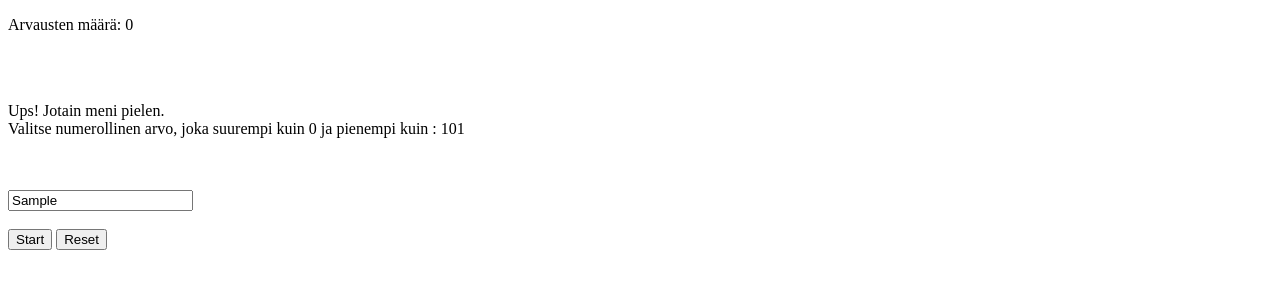
Repository: VadimZubchenko/numeronarvouspeli_JS
Page: public/index.html
An editor plug-in stored every save of this project. The page is shown before and after the next save, followed by the edit.
The browser window is 1280 px wide. The pictures show the whole page.
Empty fields were first filled with sample values (such as "Sample", 5 or name@example.com).
After loading, the first visible `#startGame` was clicked once.

Above is the page before, as saved 2022-04-25 22:22:07.

After the next save:
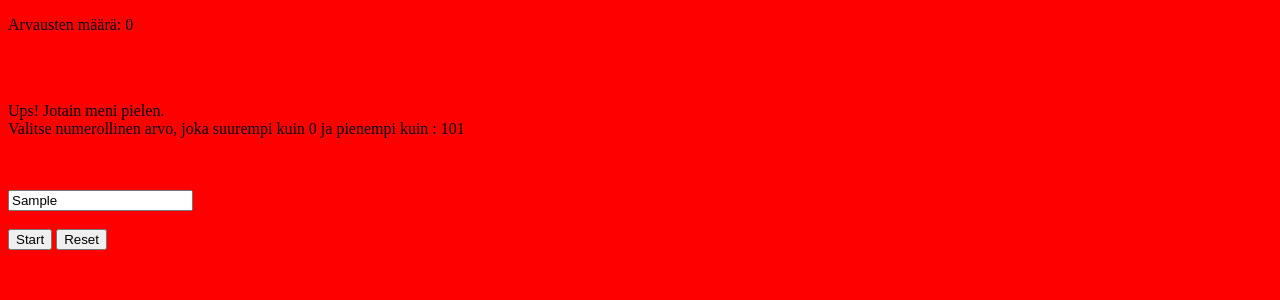
Saved 66 s later.
--- a/public/script.js
+++ b/public/script.js
@@ -22,19 +22,21 @@ function startGame() {
       document.getElementById("message").innerHTML =
         "Valitse luku suurempi kuin: " + clientArvo + ". <br>Yritä uudelleen!";
       kpl++;
+      document.body.style.backgroundColor = "grey";
     }
     if (clientArvo > arvo) {
       lastMax = clientArvo;
       document.getElementById("message").innerHTML =
         "Valitse luku pienempi kuin: " + clientArvo + ". <br>Yritä uudelleen!";
       kpl++;
+      document.body.style.backgroundColor = "grey";
     }
     if (clientArvo == arvo) {
       document.getElementById("message").innerHTML =
         "Arvosit oikein! Se oli " + arvo + ".";
       let text = document.getElementById("message");
       text.style.color = "red";
-      document.body.style.backgroundColor = "ligth yellow";
+      document.body.style.backgroundColor = "yellow";
     }
   } else {
     document.getElementById("message").innerHTML =
@@ -42,6 +44,7 @@ function startGame() {
       lastMin +
       " ja pienempi kuin : " +
       lastMax;
+    document.body.style.backgroundColor = "red";
   }
   document.getElementById("maara").innerHTML = "Arvausten määrä: " + kpl;
   console.log("min:" + lastMin);
